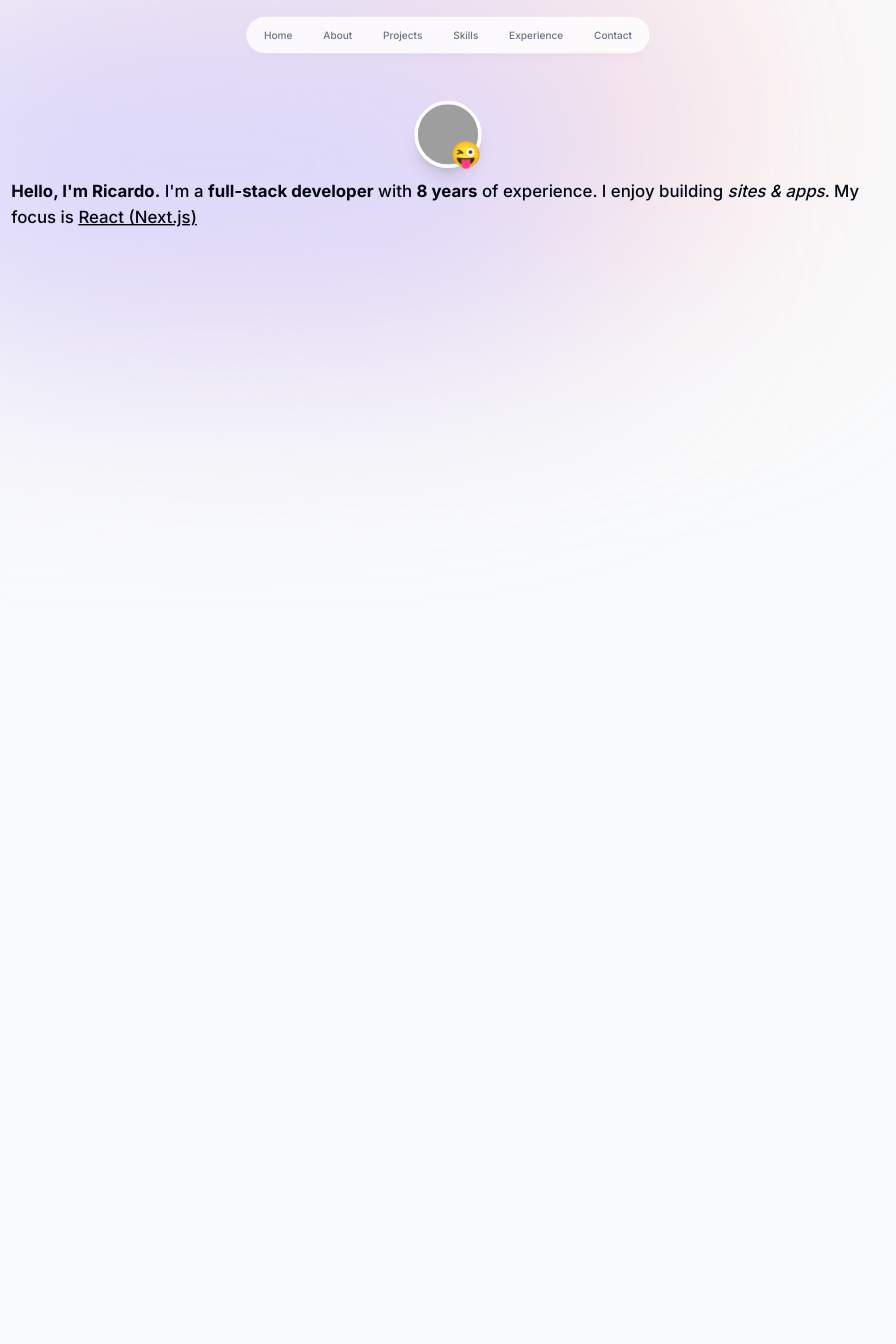
Repository: YUKIKAZE-nanoda/personal-protfolio
Page: /
An editor plug-in stored every save of this project. The page is shown before and after a run of saves, followed by the edit.
The browser window is 1280 px wide. The pictures show the part of the page from y = 0 to 1920 px (the page is 5000 px tall), at 70% of full size.
Pictures or frames that could not be fetched are drawn as grey boxes. The project was rebuilt for these pictures with package versions that can differ from the ones it lists, and the page was loaded fresh each time. The framework's server and built-in components were replaced by stand-ins that run in the browser. Also part of the build but not shown: next.config.js.

Above is the page before, as saved 2023-09-19 15:44:02.

After the next 3 saves:
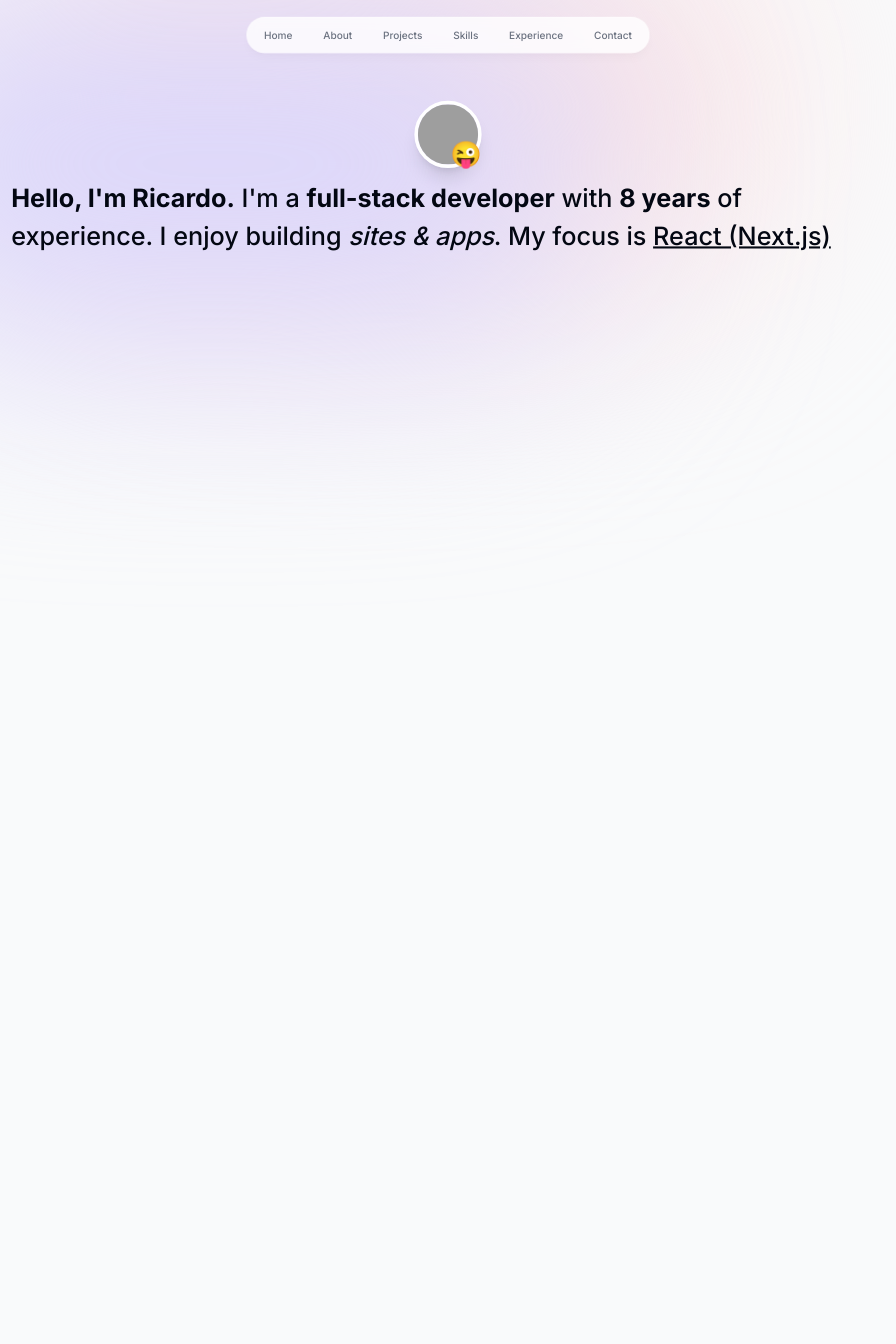
The 3 saves are shown as one change because they came seconds apart.
The last was saved 11 s later.
--- a/components/intro.tsx
+++ b/components/intro.tsx
@@ -35,7 +35,7 @@ export default function Intro() {
           </motion.span>
         </div>
       </div>
-      <p className='mb-10 mt-4 px-4 text-2xl font-medium !leading-[1.5] '>
+      <p className='mb-10 mt-4 px-4 text-2xl font-medium !leading-[1.5] sm:text-4xl '>
         <span className="font-bold">Hello, I'm Ricardo.</span> I'm a{" "}
         <span className="font-bold">full-stack developer</span> with{" "}
         <span className="font-bold">8 years</span> of experience. I enjoy
